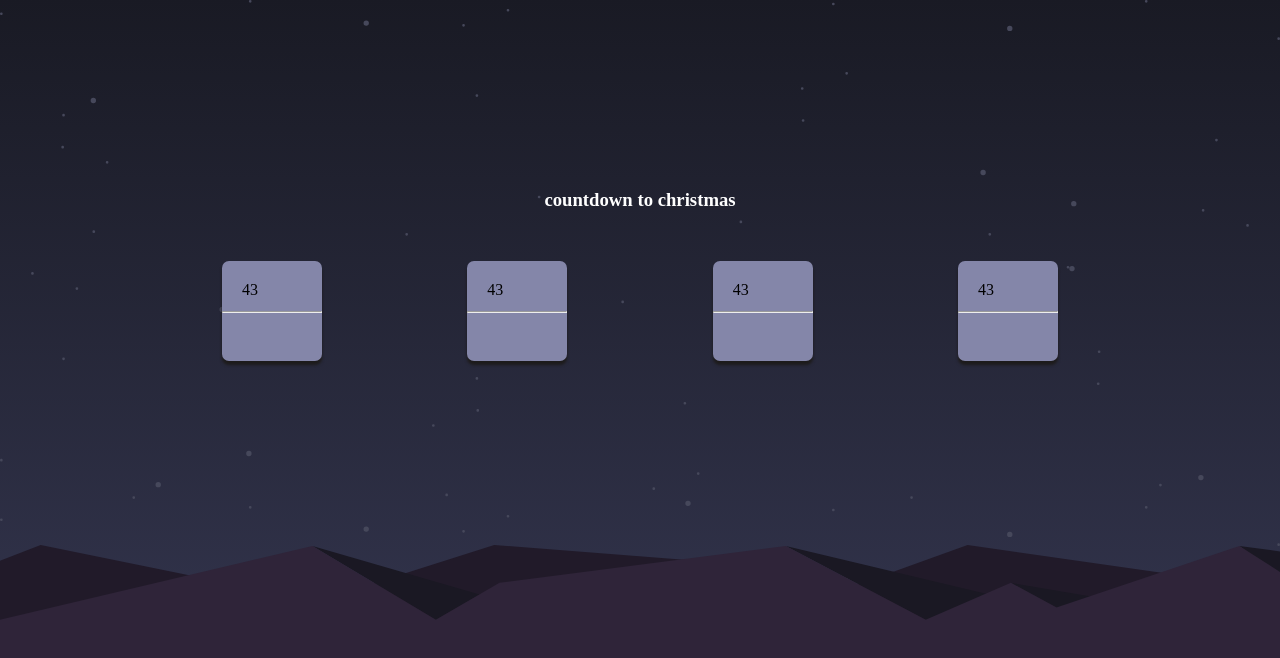
Repository: Eugene44-hub/countdown
Page: index.html
The author's editor kept a copy of each file at every save. The page is drawn from the files as they stood at one save, then again after the next save.
The browser window is 1280 px wide. The pictures show the whole page.

Above is the page before, as saved 2021-09-12 03:14:06.

### index.html
<!DOCTYPE html>
<html lang="en">

<head>
    <meta charset="UTF-8">
    <meta http-equiv="X-UA-Compatible" content="IE=edge">
    <meta name="viewport" content="width=device-width, initial-scale=1.0">
    <title>Document</title>
    <link rel="stylesheet" href="style.css">
</head>

<body>
    <div class="container">


        <div class="timer ">
            <h3 class="col10">countdown to christmas</h3>
            <div class="card">
                <p>43</p>
                <hr> </div>
            <div class="card">
                <p>43</p>
                <hr>
            </div>
            <div class="card">
                <p>43</p>
                <hr>
            </div>
            <div class="card">
                <p>43</p>
                <hr>
            </div>

        </div>

    </div>
    <script src="app.js"></script>

</body>

</html>

</html>

### style.css
* {
    padding: 0;
    margin: 0;
    box-sizing: border-box;
}

body {
    /* background-color: hsl(235, 16%, 14%); */
    /* background-color: hsl(234, 17%, 12%); */
    background-image: url('images/pattern-hills.svg'), url('images/bg-stars.svg'), linear-gradient( hsl(235, 18%, 12%), hsl(236, 21%, 26%));
    background-position: bottom, top;
    background-repeat: no-repeat, repeat;
    background-size: contain;
    background-attachment: fixed;
}

.container {
    display: flex;
    width: 100%;
    height: 500px;
    flex-wrap: wrap;
    text-align: center;
}

.col10 {
    flex: 100%;
    margin: auto;
}

h3 {
    color: white;
    padding: 50px;
}

.timer {
    margin: auto;
    display: flex;
    flex-wrap: wrap;
    justify-content: space-between;
    padding: 30px;
    width: 70%;
}

.card {
    background-color: hsl(237, 18%, 59%);
    padding: 20px;
    width: 100px;
    height: 100px;
    position: relative;
    overflow: hidden;
    box-shadow: 0px 4px 3px rgb(29, 27, 27);
    border-radius: 7px;
    display: flex;
}

hr {
    position: absolute;
    width: 100%;
    top: 50%;
    left: 0%;
}


/* timer color  hsl(345, 95%, 68%)
timer card color hsl(237, 18%, 59%)
* /

### app.js
const proposed = new Date('2021-12-25');
const current = new Date();

const proArr = [proposed.getHours(), proposed.getMinutes(), proposed.getSeconds(), proposed.getDay(), proposed.getMonth()]
console.log('proposed days:' + (((proArr.at(-1) * 31) - 7) + proposed.getDate()));
console.log('current days:' + (((current.getMonth() * 31) - 5) + current.getDate()));

console.log((((proArr.at(-1) * 31) - 7) + proposed.getDate()) - (((current.getMonth() * 31) - 5) + current.getDate()) + 'days to christmas');

console.log('hours:' + (24 - current.getHours()));
console.log('minutes:' + (60 - current.getMinutes()));
console.log('hours:' + (60 - current.getSeconds()));

// let cal = proposed. - current;
// console.log(proposed);
// console.log(current.getDate());
// console.log(proArr.at(-1) + 1);
// let another = new Date(cal);
// console.log(another)
//359-253 propsed day - current day(mth*31-7) for september minus 6

After the next save:
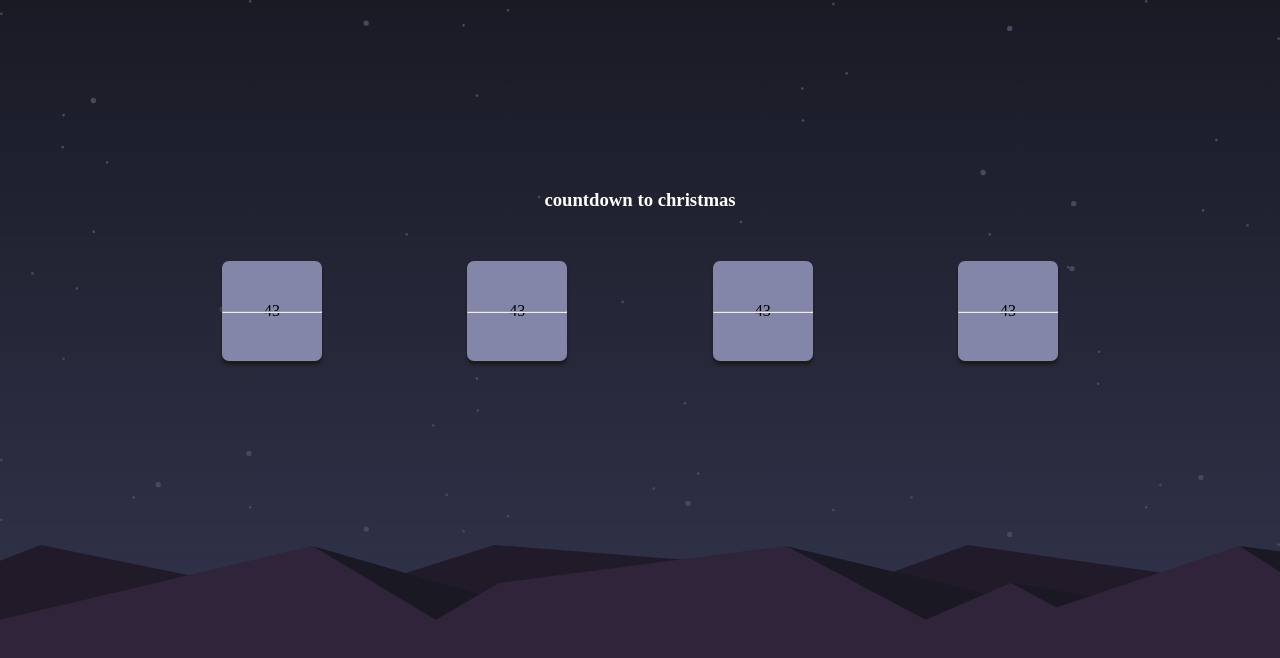
Saved 12 s later.
--- a/style.css
+++ b/style.css
@@ -53,6 +53,10 @@ h3 {
     display: flex;
 }
 
+p {
+    margin: auto;
+}
+
 hr {
     position: absolute;
     width: 100%;
